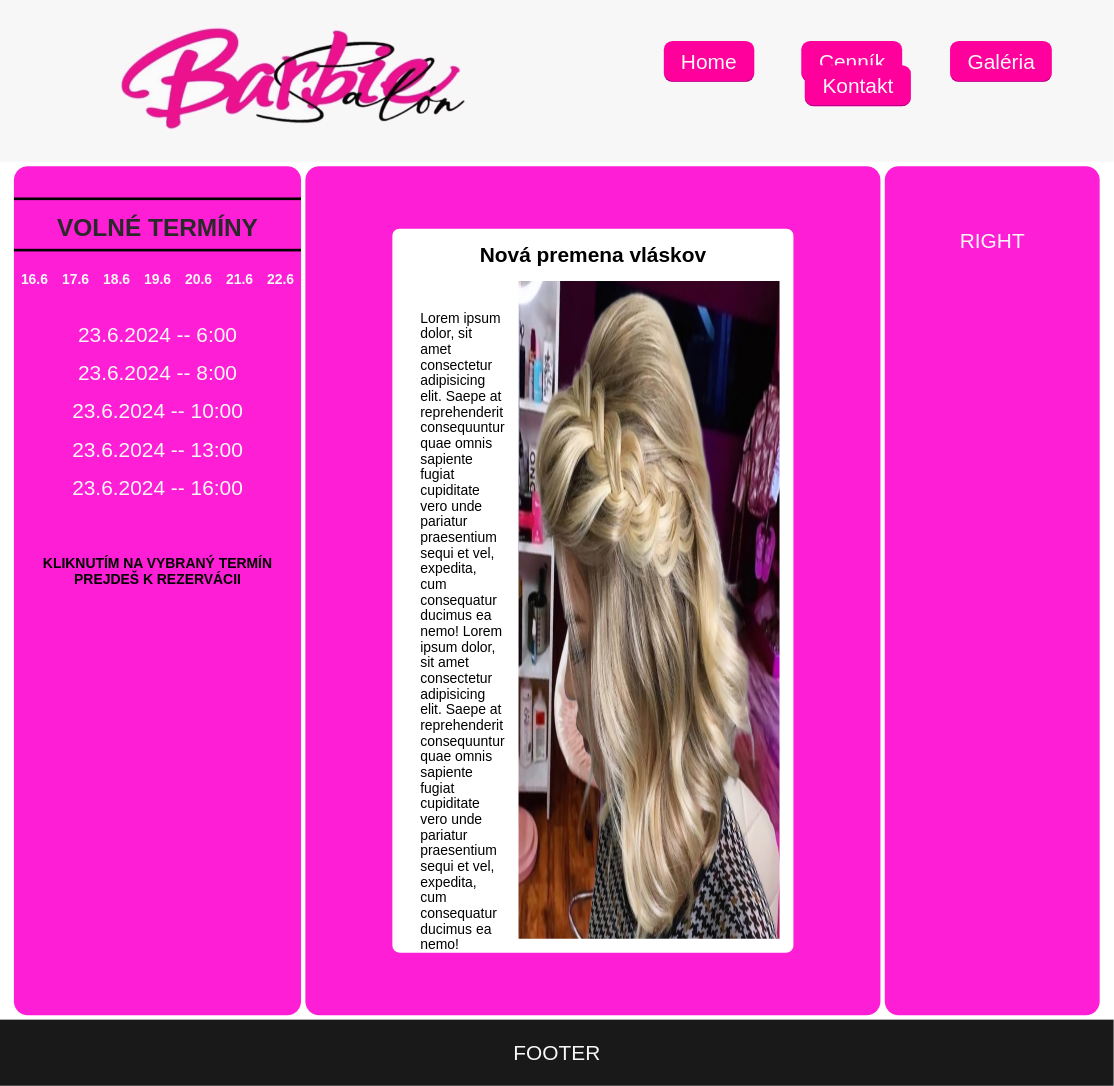
Repository: Badynko/Barbie-salon
Page: index.html
These files come from the project's save history. The page is drawn as it stood at one moment and after the next save; the edit follows.
The browser window is 1280 px wide. The pictures show the whole page, at 87% of full size.

Above is the page before, as saved 2024-08-04 18:57:04.

After the next save:
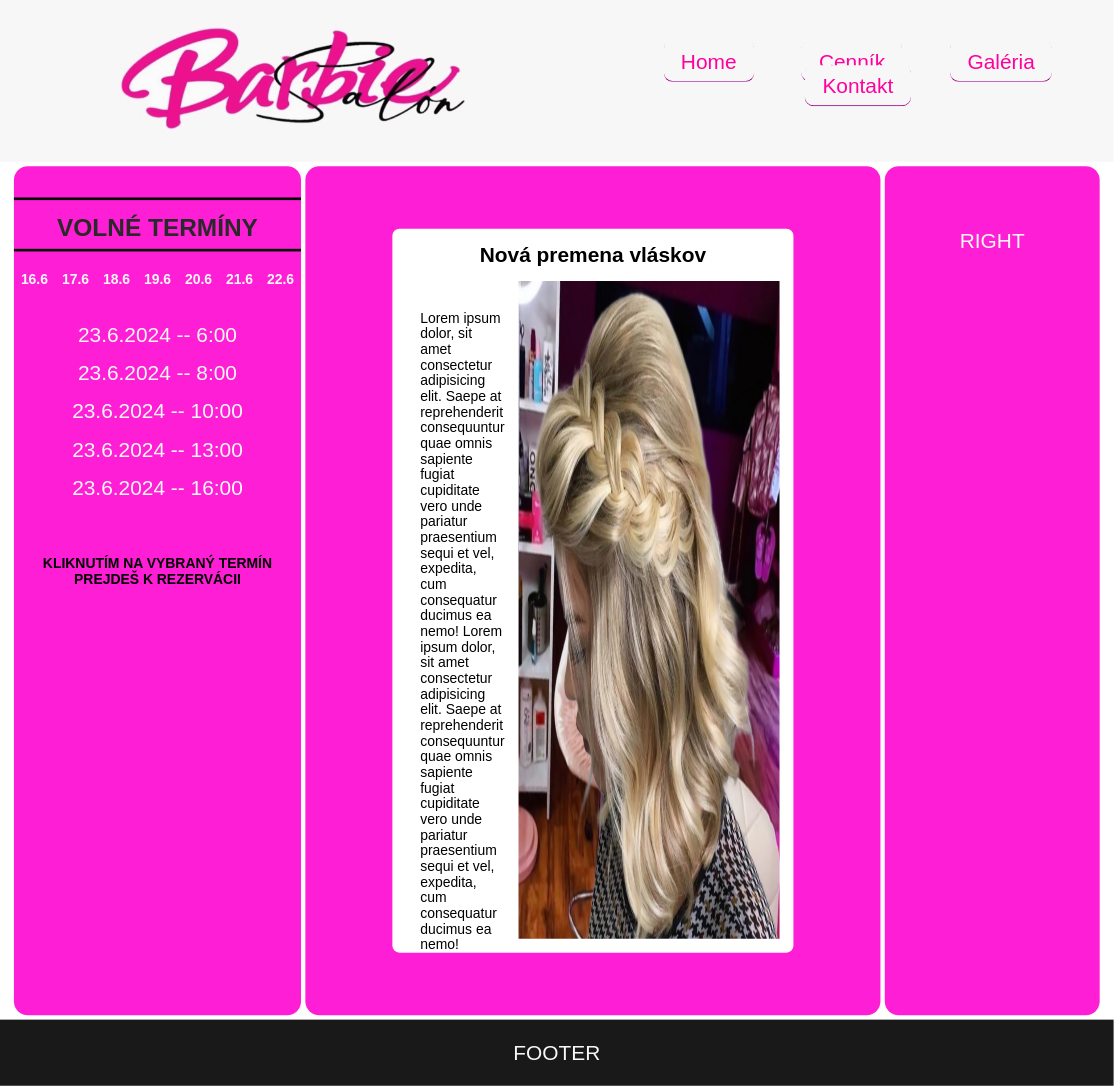
Saved 38 s later.
--- a/css/style.css
+++ b/css/style.css
@@ -78,9 +78,9 @@
   padding-right: 5rem;
   margin-right: 3rem;
 
-  background-color: #ff009d;
+  background-color: #f7f7f7;
   padding: 10px 20px;
-  color: #f7f7f7;
+  color: #ff009d;
   border-radius: 10px;
   text-decoration: none;
   box-shadow: 0 -1px 0 #a10084 inset;
